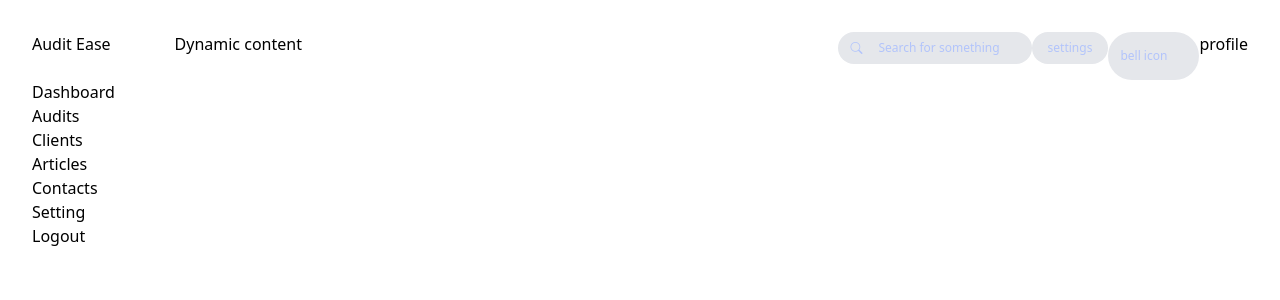
Repository: EclipticCode/Audit-Ease-FE
Page: /
These files come from the project's save history. The page is drawn as it stood at one moment and after the next save; the edit follows.
The browser window is 1280 px wide. The pictures show the whole page.
Some web libraries are served in a nearby version. The project was rebuilt for these pictures with package versions that can differ from the ones it lists, and the page was loaded fresh each time. Also part of the build but not shown: vite.config.js, Login.jsx, src/Navbar.jsx.

Above is the page before, as saved 2025-03-27 21:13:31.

After the next save:
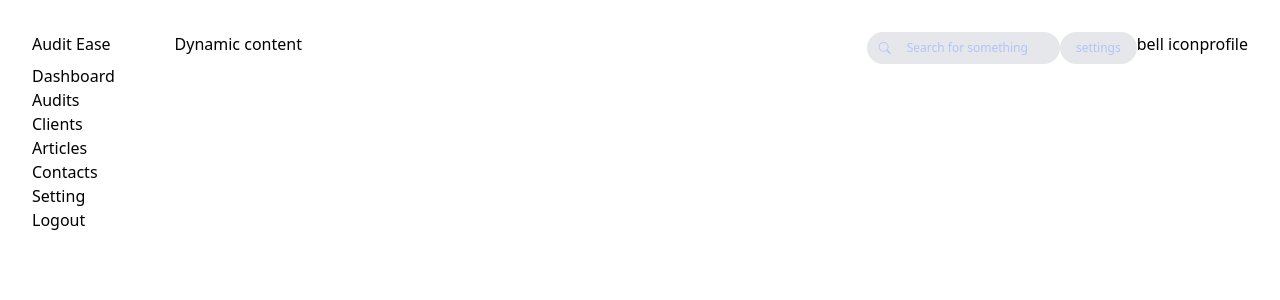
Saved 12 s later.
--- a/src/NavandSideBar.jsx
+++ b/src/NavandSideBar.jsx
@@ -13,7 +13,7 @@
               <span><i className="bi bi-search pr-4"></i></span> <span>Search for something</span>
             </div>
             <div className="bg-gray-200 flex items-center justify-center rounded-full text-xs p-4 w-auto h-4 text-soft-primary">settings</div>
-            <div className="bg-gray-200 flex items-center justify-center rounded-full text-xs pl-3 pr-8 py-4 w-auto text-soft-primary">bell icon</div>
+            <div lassName="bg-gray-200 flex items-center justify-center rounded-full text-xs p-4 w-auto h-4 text-soft-primary">bell icon</div>
             <div>profile</div>
             </div>
         </div>

After the 2 saves that followed:
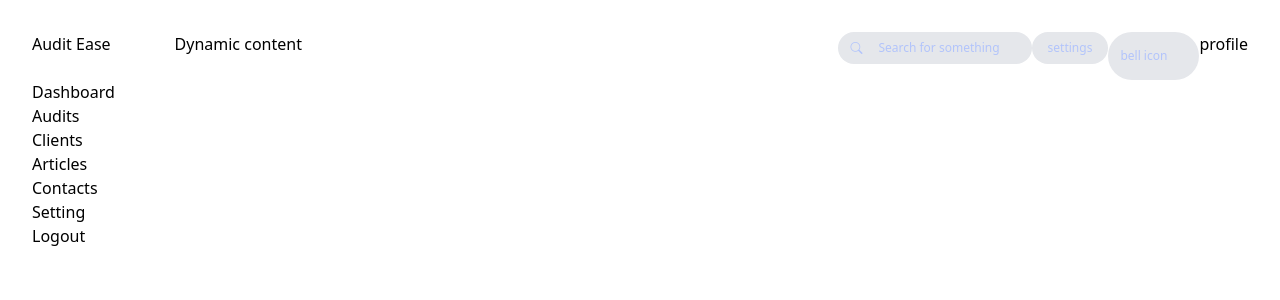
The 2 saves are shown as one change because they came seconds apart.
The last was saved 16 s later.
--- a/src/NavandSideBar.jsx
+++ b/src/NavandSideBar.jsx
@@ -13,7 +13,7 @@
               <span><i className="bi bi-search pr-4"></i></span> <span>Search for something</span>
             </div>
             <div className="bg-gray-200 flex items-center justify-center rounded-full text-xs p-4 w-auto h-4 text-soft-primary">settings</div>
-            <div lassName="bg-gray-200 flex items-center justify-center rounded-full text-xs p-4 w-auto h-4 text-soft-primary">bell icon</div>
+            <div className="bg-gray-200 flex items-center justify-center rounded-full text-xs pl-3 pr-8 py-4 w-auto h-auto text-soft-primary">bell icon</div>
             <div>profile</div>
             </div>
         </div>
